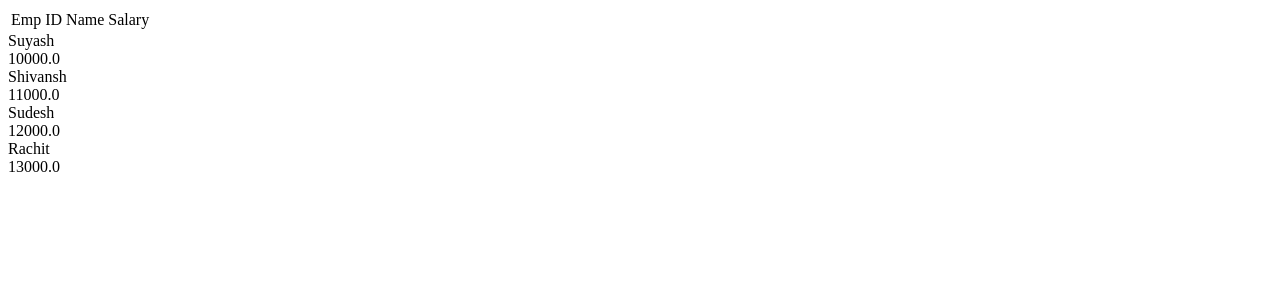
Repository: SuyashAwasthy/Javaee
Page: http://localhost/06-jsp-jstl-tag-demo/jstl-employee-forEach.jsp
The author's editor kept a copy of each file at every save. The page is drawn from the files as they stood at one save, then again after the next save.
The browser window is 1280 px wide. The pictures show the whole page.
The page is served by Tomcat 9.

Above is the page before, as saved 2024-07-15 07:47:38.

After the next save:
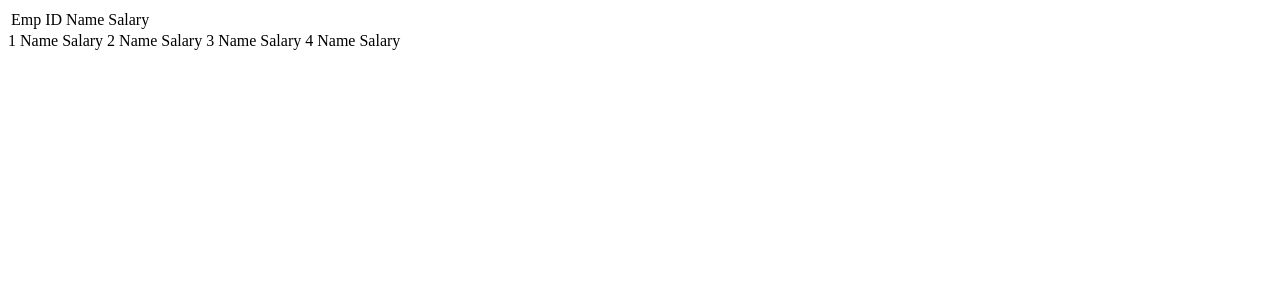
Saved 47 s later.
--- a/06-jsp-jstl-tag-demo/WebContent/jstl-employee-forEach.jsp
+++ b/06-jsp-jstl-tag-demo/WebContent/jstl-employee-forEach.jsp
@@ -28,8 +28,11 @@
 		</tr>
 	</table>
 	<c:forEach var="emp" items="${theEmployees}">
-		${emp.name}<br>
-		${emp.salary}<br>
+		<tr>
+			<td>${emp.id}</td>
+			<td>Name</td>
+			<td>Salary</td>
+		</tr>
 	</c:forEach>
 
 </body>
